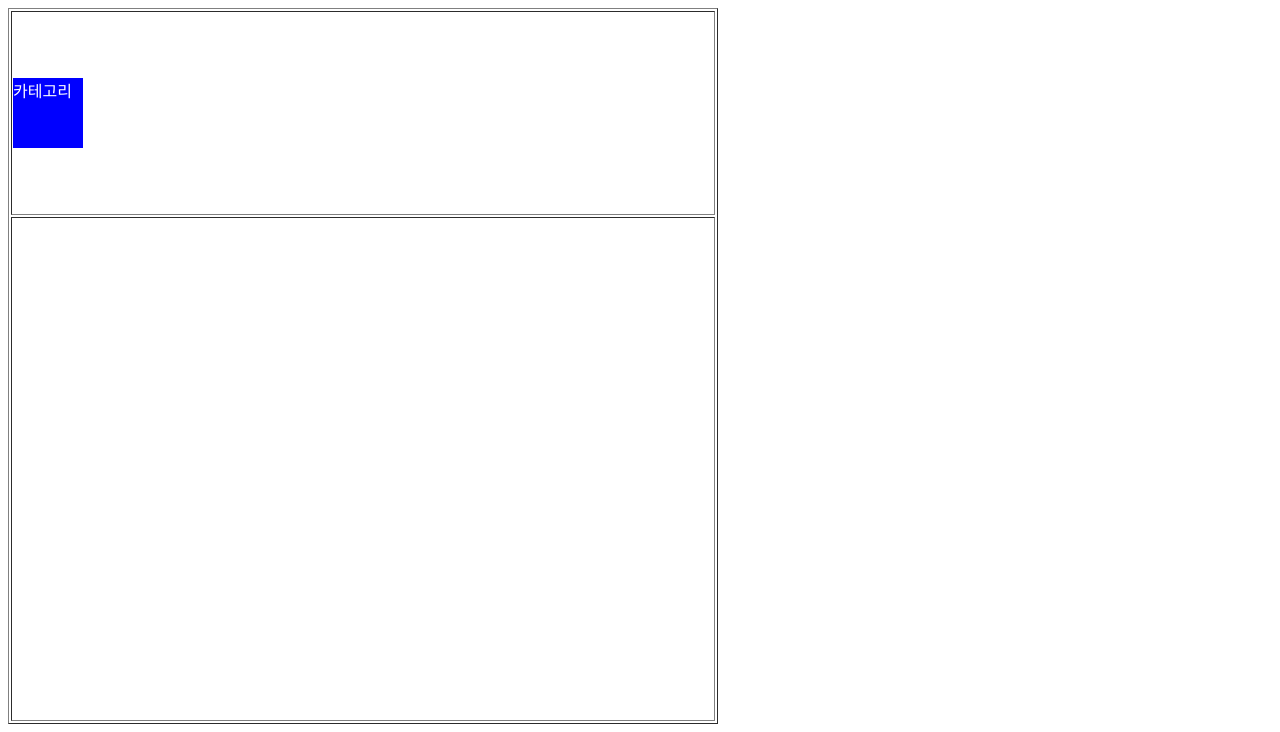
Repository: HmDol/Spring_study
Page: http://localhost/project1/home.jsp
An editor plug-in stored every save of this project. The page is shown before and after the next save, followed by the edit.
The browser window is 1280 px wide. The pictures show the whole page.
The page is served by Tomcat 10.

Above is the page before, as saved 2023-09-06 07:52:54.

After the next save:
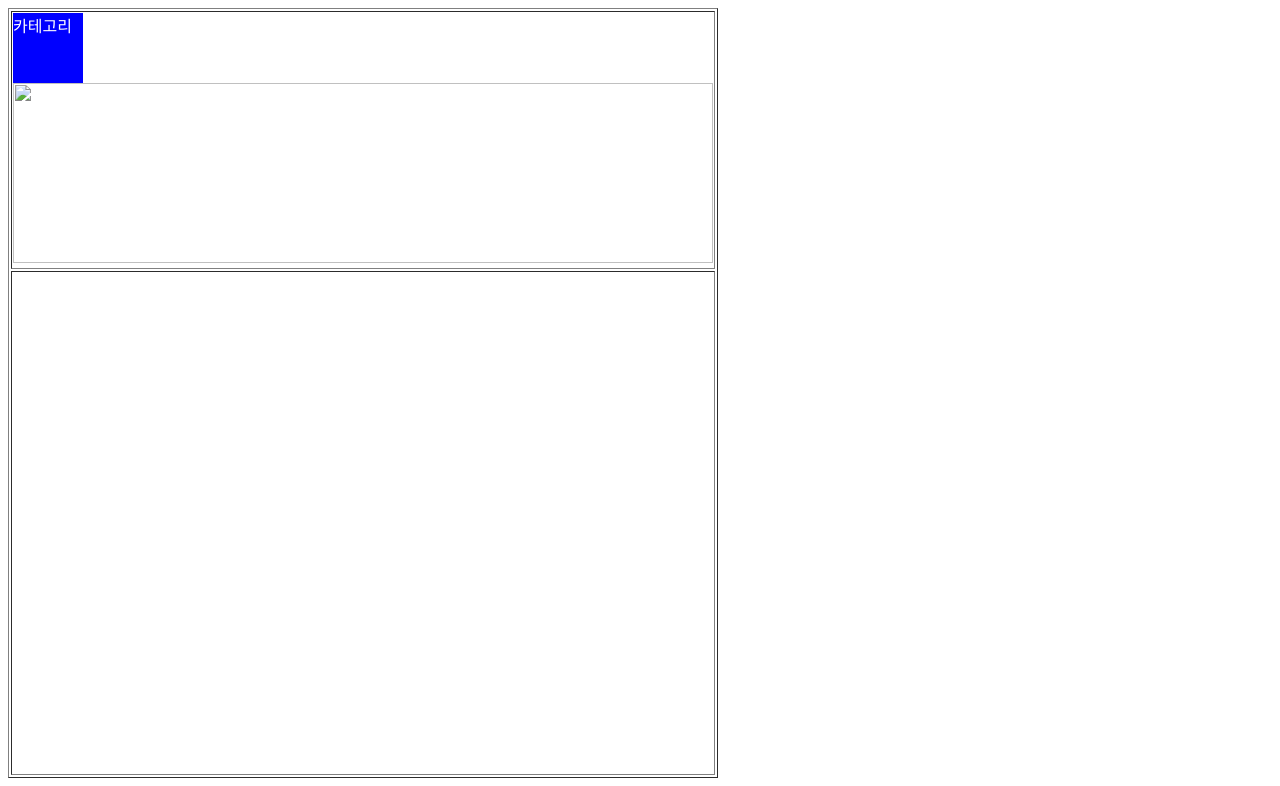
Saved 98 s later.
--- a/project1/src/main/webapp/home.jsp
+++ b/project1/src/main/webapp/home.jsp
@@ -1,5 +1,5 @@
 <%@ page language="java" contentType="text/html; charset=EUC-KR"
-    pageEncoding="EUC-KR"%>
+	pageEncoding="EUC-KR"%>
 <!DOCTYPE html>
 <html>
 <head>
@@ -21,31 +21,99 @@ window.onload = () => {
 	txt += "</table>";
 	let el = document.getElementById("cate1");
 	el.innerHTML = txt;
+	//changeImg();
 }
 const cf = (idx) => {
-	alert(cate2[idx].toString());
+	//alert(cate2[idx].toString());
+	let c = cate2[idx];
+	let txt = "<table style='background-color:yellow'>";
+	for(i=0;i<c.length;i++){
+		txt += "<tr><td style='width:100px;height:40px' onmouseover='cf2("+idx+","+i+")'>"+c[i]+"</td></tr>";
+	}
+	txt += "</table>";
+	let el = document.getElementById("cate2");
+	el.innerHTML = txt;
+	el.style.display='';
+}
+const cf2 = (i, j) => {
+	//alert(cate3[i][j].toString());
+	let c = cate3[i][j];
+	let txt = "<table style='background-color:orange'>";
+	for(i=0;i<c.length;i++){
+		txt += "<tr><td style='width:100px;height:40px' onclick='cf3()'>"+c[i]+"</td></tr>";
+	}
+	txt += "</table>";
+	let el = document.getElementById("cate3");
+	el.innerHTML = txt;
+	el.style.display='';
+}
+
+const cf3 = () =>{
+	let txt = "<table>"
+	let e = document.getElementById("content");
+	for(i=0;i<10;i++){
+		txt += "<tr><td style ='width:100%; height:100px; font-size:50px;'>" + i + "번째 상품입니다.</td></tr>";
+	}
+	txt += "</table>";
+	e.innerHTML = txt;
 }
 const a = () => {
 	let el = document.getElementById("cate1");
 	el.style.display='';
 }
-const b = () => {
-	let el = document.getElementById("cate1");
-	el.style.display='none';
+const b = (type) => {
+	let el1 = document.getElementById("cate1");
+	let el2 = document.getElementById("cate2");
+	let el3 = document.getElementById("cate3");
+
+	switch(type){
+	case 1:
+		el1.style.display='none';
+		el2.style.display='none';
+		el3.style.display='none';
+		break;
+	case 2:
+		el2.style.display='';
+		el3.style.display='';
+		break;
+	case 3:
+		el3.style.display='';
+		break;
+	}
+}
+let imgs = ["img2.jpg", "img3.jpg", "img4.jpg", "img5.jpg", "img6.jpg"];
+let imgCnt = 0;
+const changeImg = () => {
+	let el = document.getElementById("imgdiv");
+	el.src = "img/"+imgs[imgCnt%imgs.length];
+	imgCnt++;
+	let id = setTimeout(changeImg, 1000);//param1:호출할 함수명, param2:딜레이시간
 }
 </script>
 </head>
 <body>
-<div id='cate1' style='position:absolute;top:140px;left:10px;display:none' onmouseover="a()"></div>
-<table border="1">
-<tr>
-	<td style="width:700px;height:200px">
-		<div style="width:70px;height:70px;background-color:blue;color:white" onmouseover="a()" onmouseout="b()">카테고리</div>
-	</td>
-</tr>
-<tr>
-	<td style="width:700px;height:500px"></td>
-</tr>
-</table>
+
+		<div id='cate1' style='position: absolute; top: 80px; left: 10px; display: none'
+			onmouseover="a()"></div>
+		<div id='cate2' style='position: absolute; top: 80px; left: 110px; display: none'
+			onmouseover="b(2)"></div>
+		<div id='cate3' style='position: absolute; top: 80px; left: 210px; display: none'
+			onmouseover="b(3)"></div>
+		<table border="1">
+			<tr>
+				<td style="width: 700px; height: 200px">
+					<div style="width: 70px; height: 70px; background-color: blue; color: white"
+						onmouseover="a()" onmouseout="b(1)">카테고리</div> <img src="" id="imgdiv" style="width: 700px; height: 180px">
+
+				</td>
+			</tr>
+			<tr>
+				<td style="width: 700px; height: 500px">
+					<div id = "content">
+					</div>
+				</td>
+			</tr>
+		</table>
+
 </body>
 </html>
